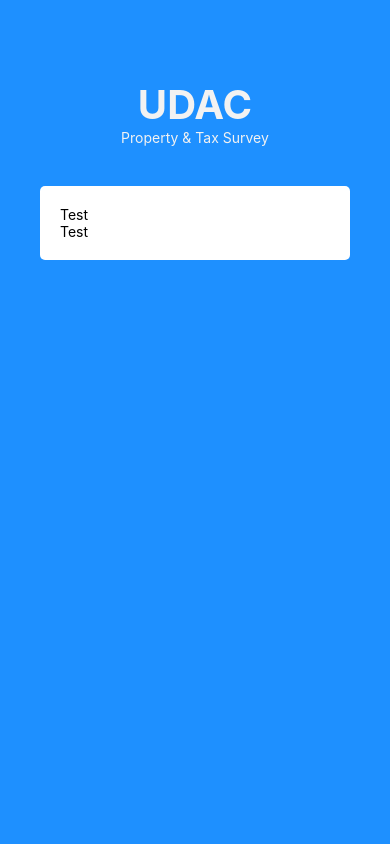
Repository: metalysm/BasicLoginPage
Screen: /
An editor plug-in stored every save of this project. The screen is shown before and after a run of saves, followed by the edit.
The app was drawn by React Native's web renderer in a window 390 px wide. The project was rebuilt for these pictures with package versions that can differ from the ones it lists, and the page was loaded fresh each time.

Above is the screen before, as saved 2019-12-05 11:38:19.

After the next 3 saves:
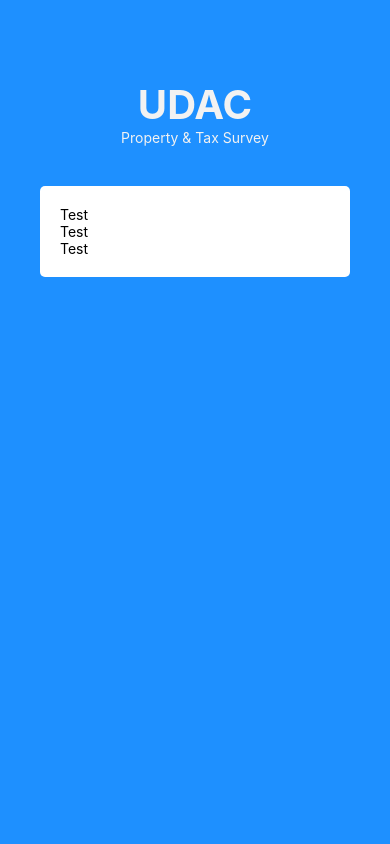
The 3 saves are shown as one change because 2 did not build or start.
The last was saved 7 min 1 s later.
--- a/App.js
+++ b/App.js
@@ -1,72 +1,13 @@
 
 import React, { Component } from 'react';
-import {
-  StyleSheet,
-  View,
-  Text,
-} from 'react-native';
+import Login from './src/pages/Login';
 
 export default class App extends Component {
   render() {
     return (
-      <View style={styles.container}>
-        <View style={styles.headBackground} />
-        <View>
-          <Text style={styles.logo}>UDAC</Text>
-          <Text style={styles.logoDescription}>Property & Tax Survey</Text>
-        </View>
-          <View style={styles.loginArea}>
-            <Text>Test</Text>
-            <Text>Test</Text>
-          </View>
-      </View>
+      <Login>
+
+      </Login>
     );
   }
 };
-
-
-
-const styles = StyleSheet.create({
-  container: {
-    flex: 1,
-    backgroundColor: '#F5FCFF',
-    paddingVertical: 80
-  },
-  headBackground: {
-    position: 'absolute',
-    top: 0,
-    left: 0,
-    height: '100%',
-    width: '100%',
-    backgroundColor: '#1e90ff'
-  },
-  logo: {
-    textAlign: 'center',
-    fontSize: 40,
-    fontWeight: 'bold',
-    color: '#f2f2f2'
-  },
-  logoDescription:{
-    textAlign: 'center',
-    color:'#f2f2f2',
-  },
-
-  loginArea :{
-    marginHorizontal: 40,
-    marginVertical: 40,
-    backgroundColor:'#fff',
-    padding:20,
-    borderRadius: 5,
-    // SHADOW TANIMLARI SADECE IOS TA VARDIR.
-    /* GÖLGELENDİRME
-    shadowColor:'black',
-    shadowOpacity: .2, //0 ile 1 arasında bir rakam girilir.
-    shadowRadius: 3,
-    shadowOffset: {
-      width: 0,
-      height: 2
-    }*/
-
-    elevation : 4
-  }
-});
--- a/src/pages/Login.js
+++ b/src/pages/Login.js
@@ -16,6 +16,7 @@
           <Text style={styles.logoDescription}>Property & Tax Survey</Text>
         </View>
           <View style={styles.loginArea}>
+            <Text>Test</Text>
             <Text>Test</Text>
             <Text>Test</Text>
           </View>

After the 3 saves that followed:
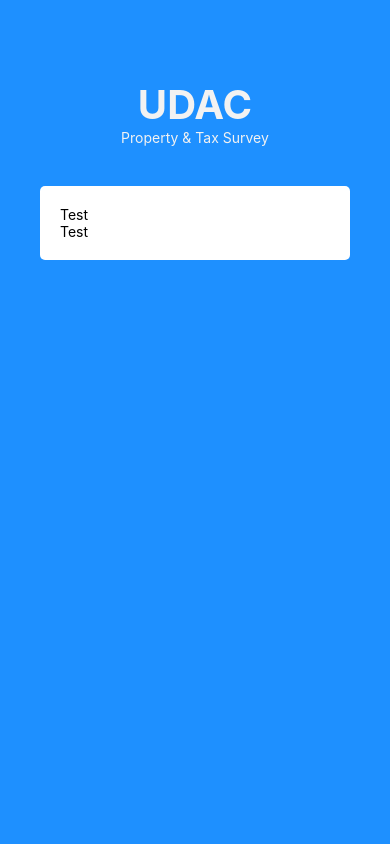
The 3 saves are shown as one change because 2 left the picture as it was.
The last was saved 80 s later.
--- a/App.js
+++ b/App.js
@@ -1,13 +1,18 @@
 
 import React, { Component } from 'react';
 import Login from './src/pages/Login';
+import {StyleSheet} from 'react-native';
 
 export default class App extends Component {
   render() {
     return (
-      <Login>
-
-      </Login>
+      <Login/>
     );
   }
 };
+
+
+
+const styles = StyleSheet.create({
+
+});
--- a/src/pages/Login.js
+++ b/src/pages/Login.js
@@ -16,7 +16,6 @@
           <Text style={styles.logoDescription}>Property & Tax Survey</Text>
         </View>
           <View style={styles.loginArea}>
-            <Text>Test</Text>
             <Text>Test</Text>
             <Text>Test</Text>
           </View>
